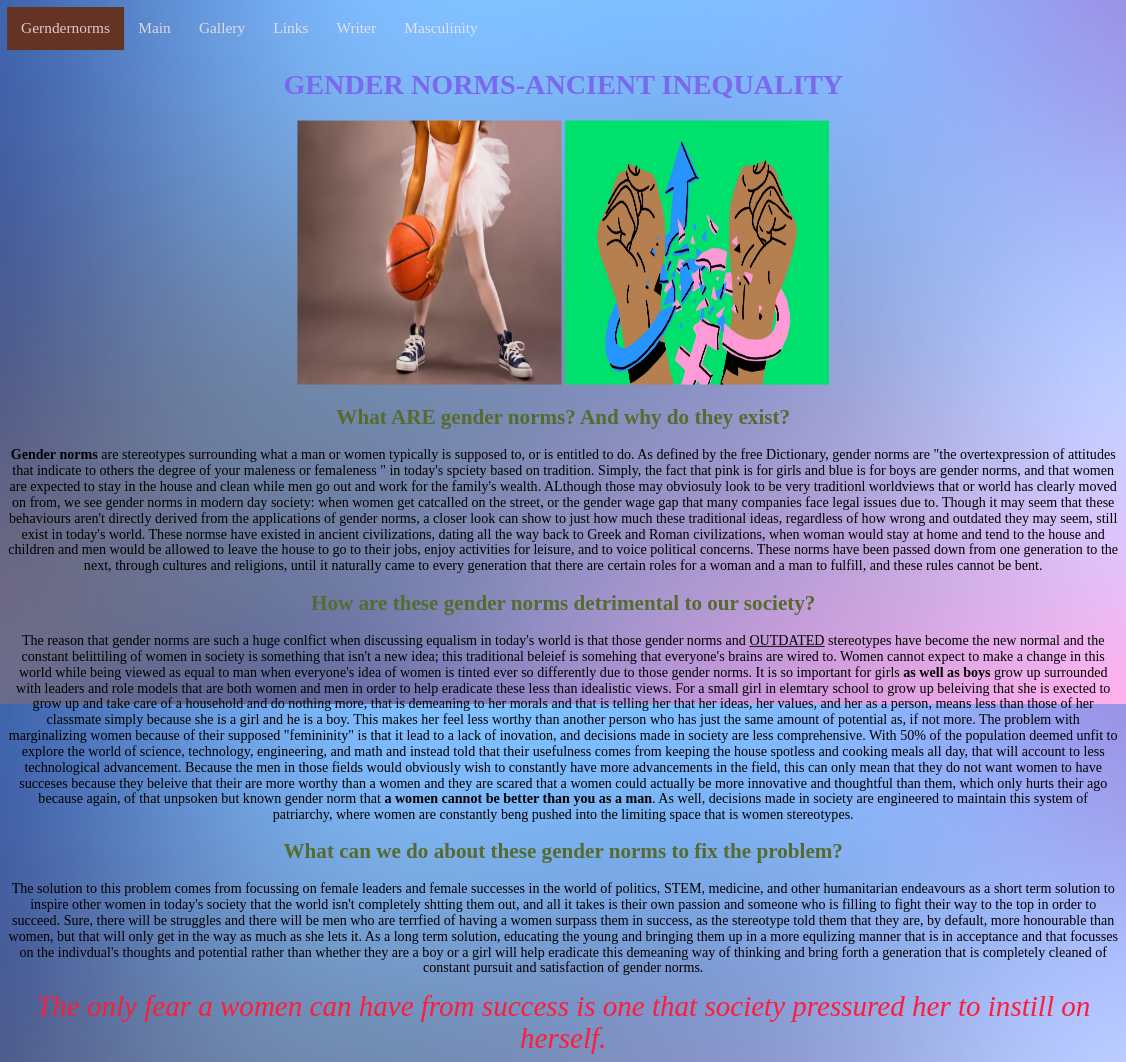
Repository: Lujaina-E/womens-rights-site
Page: gendernorms.html
These files come from the project's save history. The page is drawn as it stood at one moment and after the next save; the edit follows.
The browser window is 1280 px wide. The pictures show the whole page, at 88% of full size.
Backgrounds fixed to the window are drawn as part of the page.

Above is the page before, as saved 2022-07-26 00:05:57.

### gendernorms.html
<!DOCTYPE html>
<html lang="en">
    <head>
        <title>gendernorms</title>
            <link rel="stylesheet" type="text/css" href="gendernormsStyle.css"/>
    </head>

    <div class="topnav" id="myTopnav">
        <a href="gendernorms.html" class="active">Gerndernorms</a>
        <a href="index.html">Main</a>
        <a href="gallery.html">Gallery</a>
        <a href="links.html">Links</a>
        <a href="founder.html">Writer</a>
        <a href="masculinity.html">Masculinity</a>
        <a href="javascript:void(0);" class="icon" onclick="myFunction()">
            <i class="fa fa-bars"></i>
        </a>
    </div>
    <body>
        <h1 id="pageTitle">GENDER NORMS-ANCIENT INEQUALITY</h1>
            <img id="photoID" src="Pictures/ballerina.jpg" alt="Please stand by and restart the page while you experience this error.">
            <img id="photoID" src="Pictures/hands.jpg" alt="Please stand by and restart the page while you experience this error.">

            <h2 class="heads">What ARE gender norms? And why do they exist?</h2>
                <p><b>Gender norms</b> are stereotypes surrounding what a man or women typically is supposed to, or is entitled to do. As defined by the free Dictionary, gender norms are "the
                overtexpression of attitudes that indicate to others the degree of your maleness or femaleness " in today's spciety based on tradition. Simply, the fact that pink is for girls
                and blue is for boys are gender norms, and that women are expected to stay in the house and clean while men go out and work for the family's wealth. ALthough those may obviosuly
                look to be very traditionl worldviews that or world has clearly moved on from, we see gender norms in modern day society: when women get catcalled on the street, or the gender
                wage gap that many companies face legal issues due to. Though it may seem that these behaviours aren't directly derived from the applications of gender norms, a closer look can
                show to just how much these traditional ideas, regardless of how wrong and outdated they may seem, still exist in today's world. These normse have existed in ancient civilizations,
                dating all the way back to Greek and Roman civilizations, when woman would stay at home and tend to the house and children and men would be allowed to leave the house to go to
                their jobs, enjoy activities for leisure, and to voice political concerns. These norms have been passed down from one generation to the next, through cultures and religions, until
                it naturally came to every generation that there are certain roles for a woman and a man to fulfill, and these rules cannot be bent.</p>
            <h2 class="heads"> How are these gender norms detrimental to our society?</h2>
                <p>The reason that gender norms are such a huge conlfict when discussing equalism in today's world is that those gender norms and <U>OUTDATED</U> stereotypes have become the new normal
                and the constant belittiling of women in society is something that isn't a new idea; this traditional beleief is somehing that everyone's brains are wired to. Women cannot expect to
                make a change in this world while being viewed as equal to man when everyone's idea of women is tinted ever so differently due to those gender norms. It is so important for girls
                <b>as well as boys</b> grow up surrounded with leaders and role models that are both women and men in order to help eradicate these less than idealistic views. For a small girl
                in elemtary school to grow up beleiving that she is exected to grow up and take care of a household and do nothing more, that is demeaning to her morals and that is telling her
                that her ideas, her values, and her as a person, means less than those of her classmate simply because she is a girl and he is a boy. This makes her feel less worthy than another
                person who has just the same amount of potential as, if not more. The problem with marginalizing women because of their supposed "femininity" is that it lead to a lack of inovation,
                and decisions made in society are less comprehensive. With 50% of the population deemed unfit to explore the world of science, technology, engineering, and math and instead told that
                their usefulness comes from keeping the house spotless and cooking meals all day, that will account to less technological advancement. Because the men in those fields would obviously wish to
                constantly have more advancements in the field, this can only mean that they do not want women to have succeses because they beleive that their are more worthy than a women and they are scared
                that a women could actually be more innovative and thoughtful than them, which only hurts their ago because again, of that unpsoken but known gender norm that <b>a women cannot be better than
                you as a man</b>. As well, decisions made in society are engineered to maintain this system of patriarchy, where women are constantly beng pushed into the limiting space  that is women stereotypes.</p>
            <h2 class="heads">What can we do about these gender norms to fix the problem?</h2>
                <p>The solution to this problem comes from focussing on female leaders and female successes in the world of politics, STEM, medicine, and other humanitarian endeavours as a short term solution
                to inspire other women in today's society that the world isn't completely shtting them out, and all it takes is their own passion and someone who is filling to fight their way to the top in order
                to succeed. Sure, there will be struggles and there will be men who are terrfied of having a women surpass them in success, as the stereotype told them that they are, by default, more honourable than
                women, but that will only get in the way as much as she lets it. As a long term solution, educating the young and bringing them up in a more equlizing manner that is in acceptance and that
                focusses on the indivdual's thoughts and potential rather than whether they are a boy or a girl will help eradicate this demeaning way of thinking and bring forth a generation that is completely cleaned of
                constant pursuit and satisfaction of gender norms.</p>

    <i>The only fear a women can have from success is one that society pressured her to instill on herself.</i>
    </body>
</html>

### gendernormsStyle.css
            body {
                font-family: Times New Roman;
                text-align: center;
                background-color: lavenderblush;
                background-image: url('Pictures/backdrop.jpg');
                background-repeat: no-repeat;
                background-position: center center;
                background-size: cover;
                background-attachment: fixed;
            }

            #pageTitle {
                 color: mediumslateblue;
            }

            #photoID {
                width: 300px;
                height: 300px;
            }

            .heads{
                color:darkolivegreen;
            }

            body > i{
                font-size: 33px;
                color: rgb(255, 28, 58);
            }

            .topnav {
                overflow: hidden;
              }

              .topnav a {
                float: left;
                display: block;
                color: rgba(247, 235, 235, 0.829);
                text-align: center;
                padding: 14px 16px;
                text-decoration: none;
                font-size: 17.5px;
              }

              .topnav a:hover {
                color: rgb(88, 26, 26);
              }

              .topnav a.active {
                background-color: #643324;
                color: rgba(247, 235, 235, 0.829);
              }

              .topnav .icon {
                display: none;
              }

                @media screen and (max-width: 600px) {
                    .topnav a:not(:first-child) {display: none;}
                    .topnav a.icon {
                    float: right;
                    display: block;
                    }
                }

                @media screen and (max-width: 600px) {
                    .topnav.responsive {position: relative;}
                    .topnav.responsive a.icon {
                    position: absolute;
                    right: 0;
                    top: 0;
                    }
                    .topnav.responsive a {
                    float: none;
                    display: block;
                    text-align: left;
                    }
                }

After the next save:
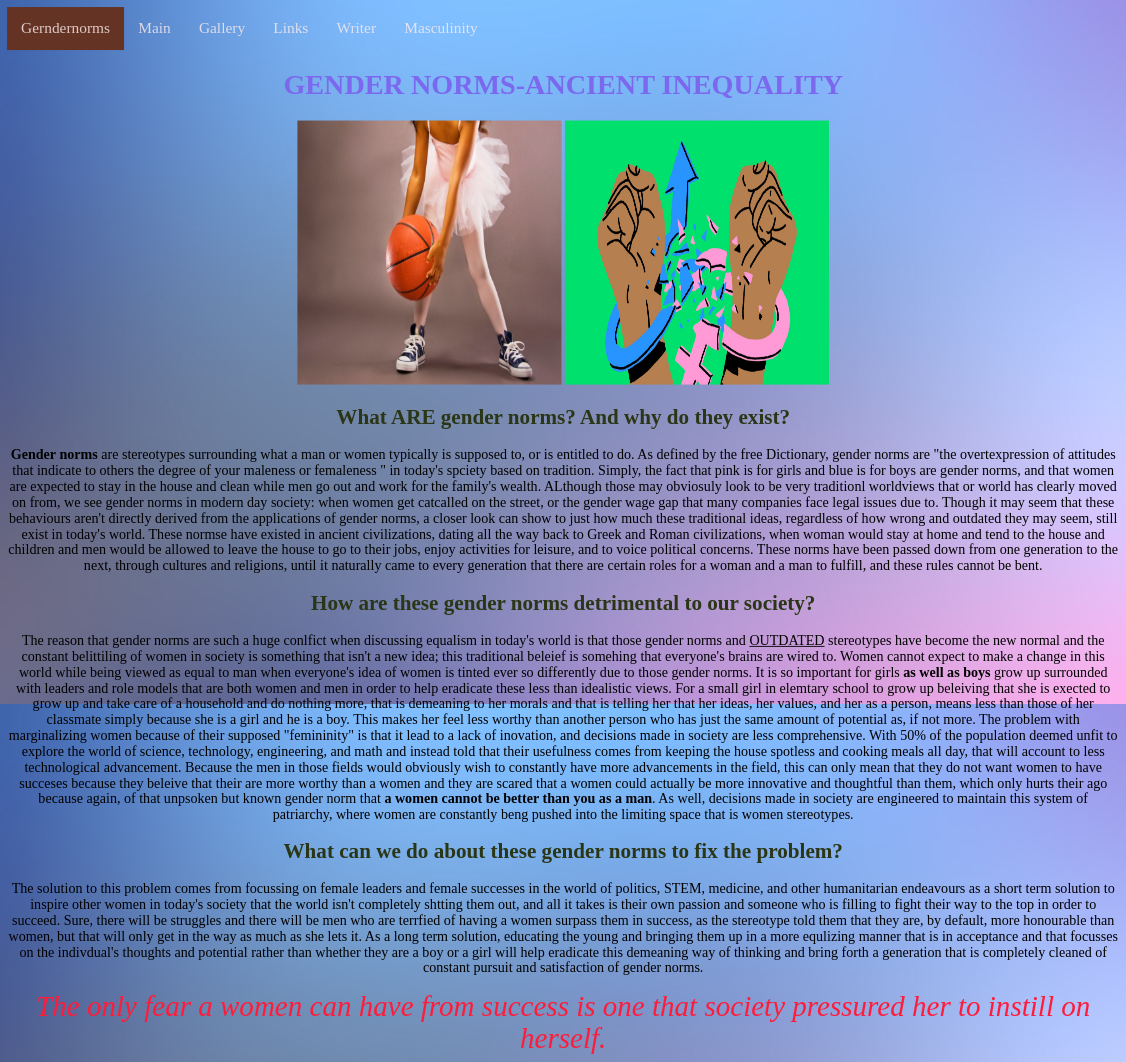
Saved 14 s later.
--- a/gendernormsStyle.css
+++ b/gendernormsStyle.css
@@ -19,7 +19,7 @@
             }
 
             .heads{
-                color:darkolivegreen;
+                color:rgb(42, 54, 21);
             }
 
             body > i{
